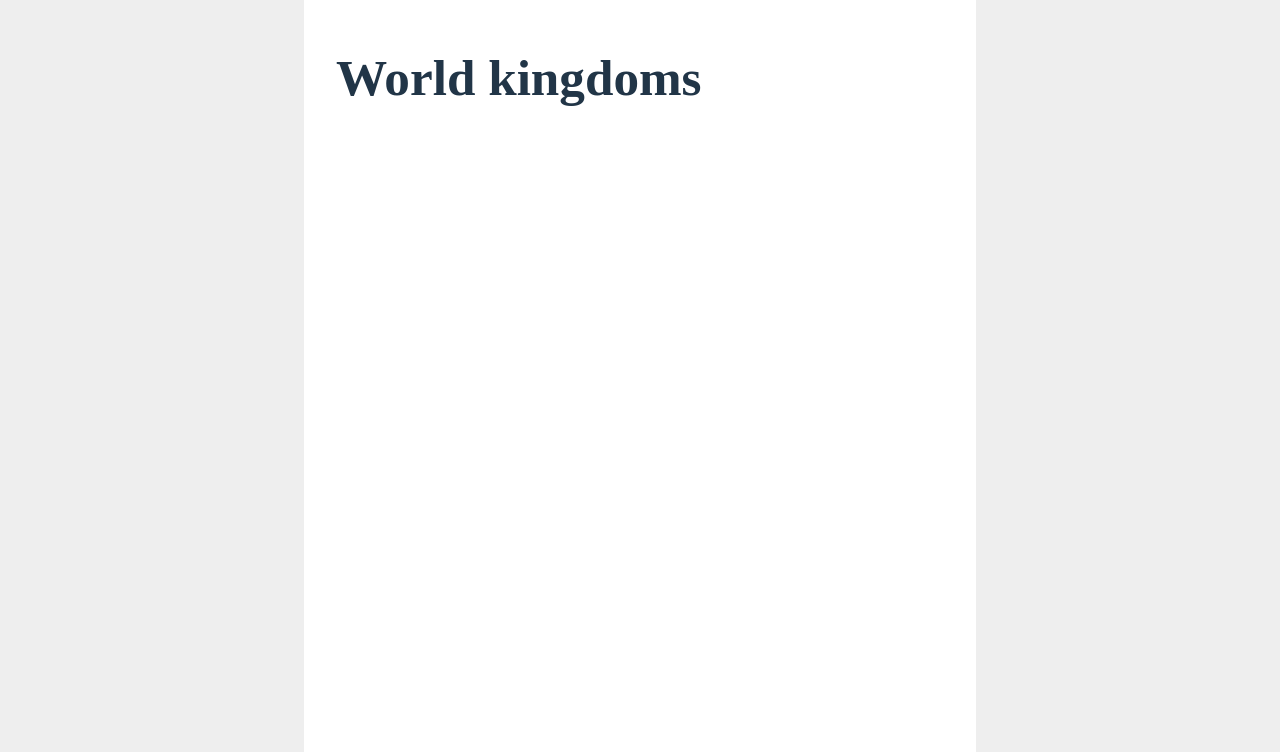
Repository: SamanthaYan298/my_world_kingdoms
Page: /
The author's editor kept a copy of each file at every save. The page is drawn from the files as they stood at one save, then again after a run of saves.
The browser window is 1280 px wide. The pictures show the whole page.
The page's requests for data from a server got no answer. The project was rebuilt for these pictures with package versions that can differ from the ones it lists, and the page was loaded fresh each time. No one was signed in, and anything a server would have sent is missing. Also part of the build but not shown: vite.config.js.

Above is the page before, as saved 2024-11-20 18:21:23.

### src/App.jsx
import { useEffect, useState } from 'react'
import './App.css'
import Countries from '../components/Countries';

function App() {

  const [query, setQuery] = useState('');
  const [countries, setCountries] = useState([]);
  const [fetchStatus, setFetchStatus] = useState('idle');

  // load data on mount - only load once
  useEffect(() => {
    const url = ` https://restcountries.com/v3.1/name/kingdom`;

    async function fetchData() {
      let response, data;
      try{
        setFetchStatus('loading');
        response = await fetch(url);
        data = await response.json();
        setCountries(data);
        setFetchStatus('idle');
      } catch(e) {
        setFetchStatus('error');
        console.error(e.message);
      }
    }

    fetchData();

  }, [query]);

  let filteredCountries = [...countries];

  return (
    <>
    <div className='countries'>
      <h1>World kingdoms</h1>
      <Countries countries={filteredCountries} />
    </div>

    </>
  )
}

export default App

### src/App.css
#root {
  width: 100%;
  height: 100%;
  margin: 0 auto;
  padding: 0 2rem;
  text-align: center;
  background-color: #eee;
  font-family: "DM Serif Text", serif;
  font-weight: 400;
  font-style: normal;
  font-size: 1rem;
}

h1 {
  display: block;
  margin-block-start: 0.67em;
  margin-block-end: 0.67em;
  margin-inline-start: 0px;
  margin-inline-end: 0px;
  font-weight: bold;
  unicode-bidi: isolate;
  text-align: left;
}

.countries {
  width: 50%;
  background: #fff;
  margin: 0 auto;
  padding: 1em 2em;
  height: 100vh;
  text-align: left;
}

img {
  width: 50%;
}

p {
  padding: 0;
}

### components/Countries.jsx
import '../src/App.css'

function Countries({ countries }) {

    return (
      <div className='outer-container'>
        {countries.map((country, index) => (
            <div key={index} className='cards-container'>
              <h1>{country.name.official}</h1>
              <img src={country.flags.png} alt={`Flag of ${country.name.common}`} />
              <h4 className='name'>{country.name.common}</h4>
              <div className='country-info'>
                <p>
                  <span><strong>Capital: </strong></span>
                  <span>{country.capital}</span>
                </p>
                <p>
                  <span><strong>Location in: </strong></span>
                  <span className='borders'>{country.subregion}</span>
                </p>
              </div>
            </div>
          ))}
      </div>
    );
  }

  export default Countries;

Loaded but not shown: index.html (common file); src/main.jsx (common file); src/index.css (common file)

After the next 2 saves:
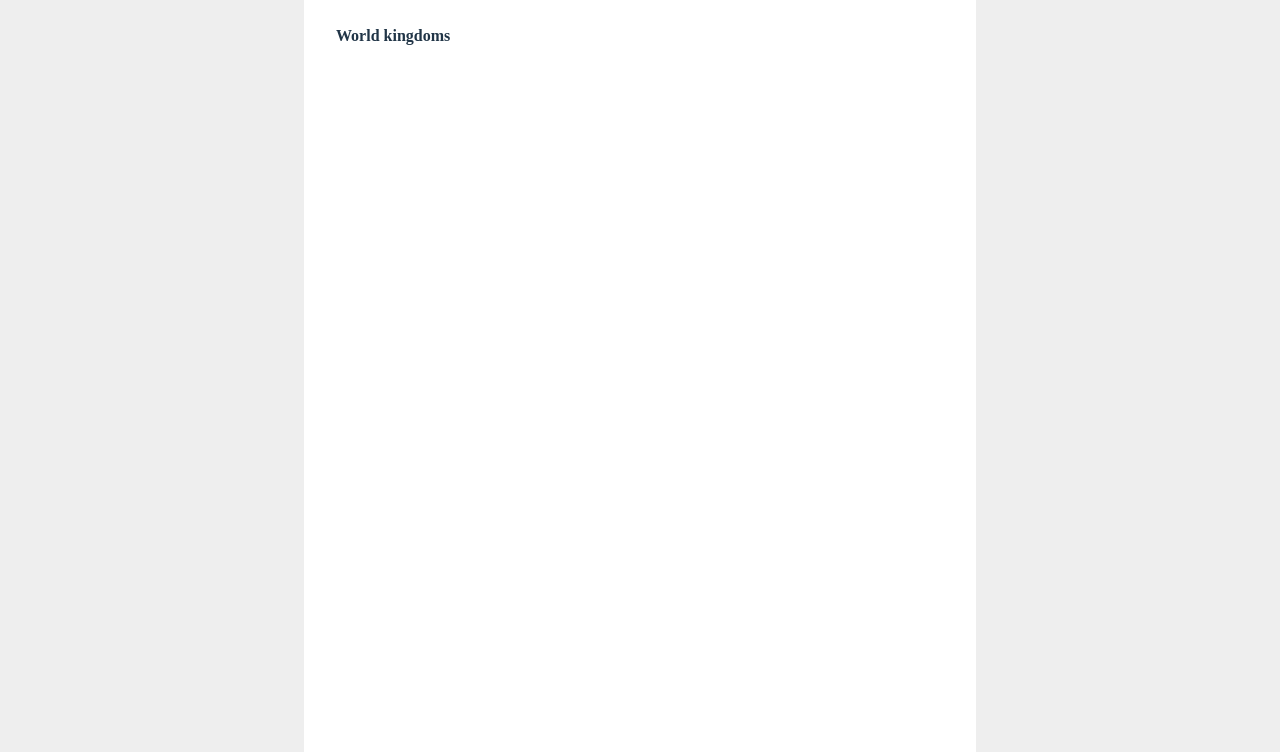
The 2 saves are shown as one change because they came seconds apart.
The last was saved 15 s later.
--- a/src/App.css
+++ b/src/App.css
@@ -8,7 +8,6 @@
   font-family: "DM Serif Text", serif;
   font-weight: 400;
   font-style: normal;
-  font-size: 1rem;
 }
 
 h1 {
@@ -20,6 +19,7 @@ h1 {
   font-weight: bold;
   unicode-bidi: isolate;
   text-align: left;
+  font-size: 1em;
 }
 
 .countries {
@@ -29,6 +29,7 @@ h1 {
   padding: 1em 2em;
   height: 100vh;
   text-align: left;
+  font-size: 1em;
 }
 
 img {
